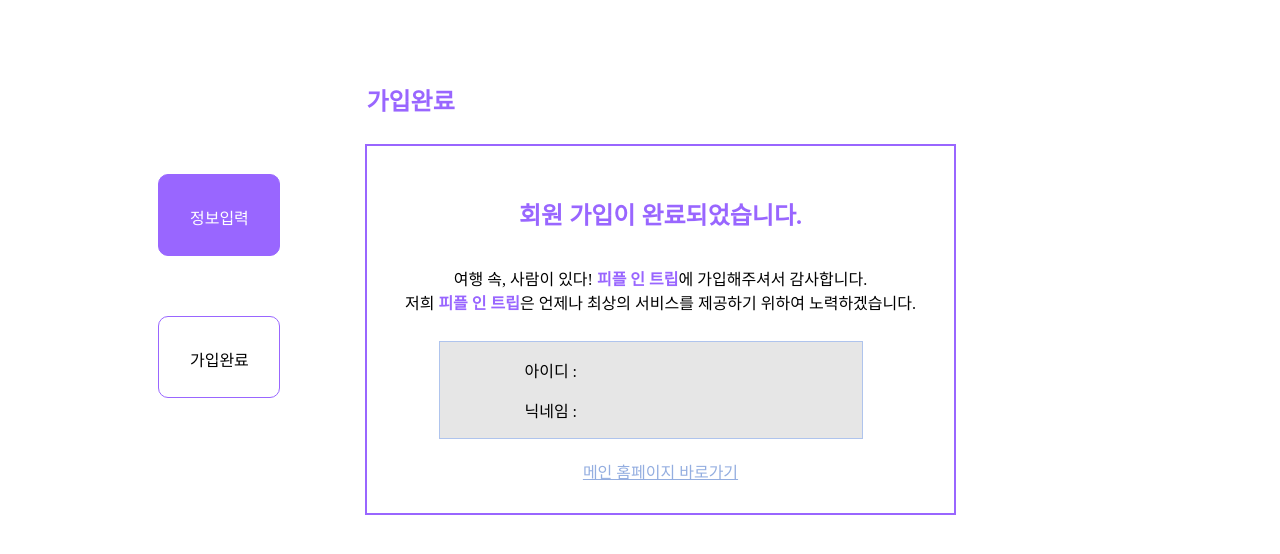
Repository: kimjinmin4535/ezen_loginteam
Page: http://localhost/Ezen_Project/signup/signupcomplete.jsp
These files come from the project's save history. The page is drawn as it stood at one moment and after the next save; the edit follows.
The browser window is 1280 px wide. The pictures show the whole page.
The page is served by Tomcat 9. Other server files are loaded and not shown.

Above is the page before, as saved 2022-07-05 16:36:40.

### Ezen_Project/src/main/webapp/signup/signupcomplete.jsp
<%@ page language="java" contentType="text/html; charset=UTF-8"
    pageEncoding="UTF-8"%>
<!DOCTYPE html>
<html>
<head>
<meta charset="UTF-8">
<title>회원가입 완료</title>
<link rel="stylesheet" href="../resources/css/signup/signup.css" />
</head>
<body>
	<div class="side_content">
		<p id="side_content1">정보입력</p>
		<p id="side_content2">가입완료</p>
	</div>
	<h3>가입완료</h3>
	<div class="signupcomplete_msg">
		<h2>회원 가입이 완료되었습니다.</h2>
		<p>여행 속, 사람이 있다! <strong>피플 인 트립</strong>에 가입해주셔서 감사합니다.<br>
		저희 <strong>피플 인 트립</strong>은 언제나 최상의 서비스를 제공하기 위하여 노력하겠습니다.</p>
		<div class="signupcomplete_information">
			<p>아이디 : </p>
			<p>닉네임 : </p>
		</div>
		<div class="main_home">
			<a href="#">메인 홈페이지 바로가기</a>
		</div>
	</div>
</body>
</html>

### Ezen_Project/src/main/webapp/resources/css/signup/signup.css
@charset "UTF-8";

body {
	display: flex;
	align-items: baseline;
	gap: 32px;
	padding: 48px 0;
}
.signupcomplete_msg {
	flex: 3.5;
	padding: 30px;
	text-align: center;
	border: 2px solid #9966ff;
	margin-right: 25%;
	margin-top: 7%;
}

.side_content {
	flex: 1;
	padding: 24px;
	margin-left: 10%;
}


@media (max-width: 40rem) {
.side_content {
    display: none;
  }
}

.signupcomplete_information {
	border: 1px solid #afc4ed;
	width:80%;
	background-color: #E6E6E6;
	margin-left: 8%;
	margin-top: 5%;
}
.signupcomplete_information > p {
	text-align: left;
	margin-left: 20%;
}

h3 {
	text-align: center;
	position: absolute;
	margin-left: 28%;
	margin-top: 2%;
	color: #9966ff;
	font-size: 24px;
}

/* h3:after {
  	content: "";
 	display: block;
  	width: 650%;
  	border-bottom: 1px solid #9966ff;
  	margin: 10% 0px;
  	padding: 0px 0px 0px 30px;
	margin: 15px -23px 0px -22px;
} */


.signupcomplete_msg > h2 {
	color: #9966ff;
}

.signupcomplete_msg > p > strong {
	color: #9966ff;
}

.signupcomplete_msg > p {
	padding-top: 15px;
}

.main_home > a {
	color: #94aee0;
}

.main_home {
	margin-top: 20px;

}

.side_content > #side_content1 {
	border: 1px solid #9966ff;
	background-color: #9966ff;
	color: white;
	height: 50px;
	width: 120px;
	text-align: center;
	border-radius: 10px;
	padding-top: 30px;
	margin-top: 30px;
}
.side_content > #side_content2 {
	border: 1px solid #9966ff;
	color: black;
	height: 50px;
	width: 120px;
	text-align: center;
	border-radius: 10px;
	padding-top: 30px;
	margin-top: 60px;
}
/* .side_content {
	text-align: left;
	width: 100px;
	position: absolute;
	height:0px;
	padding-left: 330px;
	padding-top: 250px;
	flex: 1;
} */
/*

After the next save:
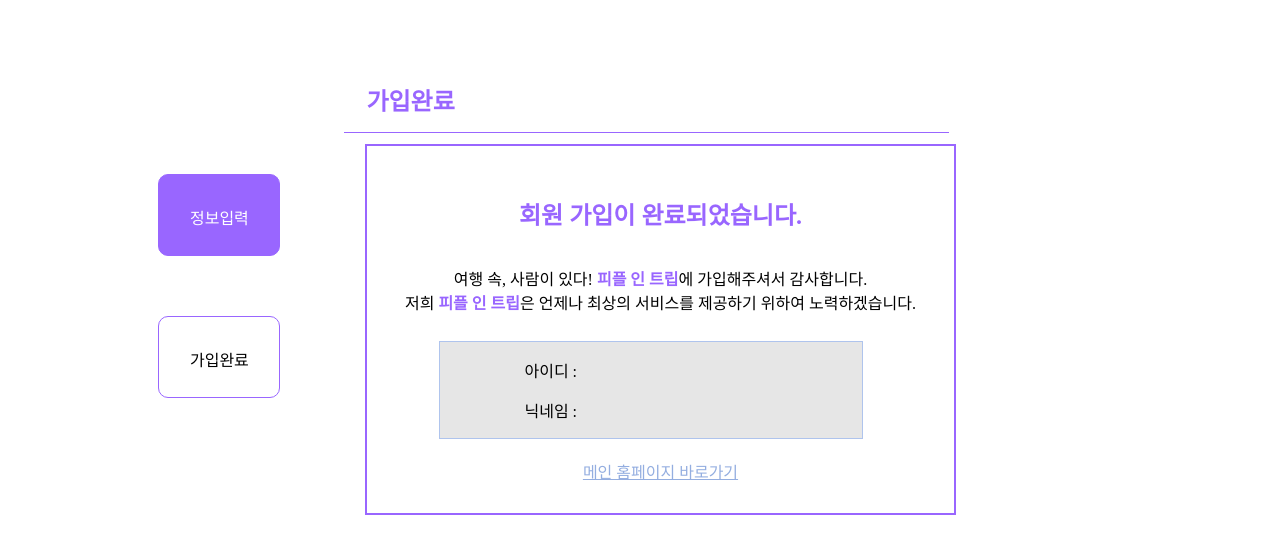
Saved 14 h 53 min later.
--- a/Ezen_Project/src/main/webapp/resources/css/signup/signup.css
+++ b/Ezen_Project/src/main/webapp/resources/css/signup/signup.css
@@ -49,7 +49,7 @@
 	font-size: 24px;
 }
 
-/* h3:after {
+h3:after {
   	content: "";
  	display: block;
   	width: 650%;
@@ -57,7 +57,7 @@
   	margin: 10% 0px;
   	padding: 0px 0px 0px 30px;
 	margin: 15px -23px 0px -22px;
-} */
+}
 
 
 .signupcomplete_msg > h2 {
@@ -102,13 +102,3 @@
 	padding-top: 30px;
 	margin-top: 60px;
 }
-/* .side_content {
-	text-align: left;
-	width: 100px;
-	position: absolute;
-	height:0px;
-	padding-left: 330px;
-	padding-top: 250px;
-	flex: 1;
-} */
-/*
